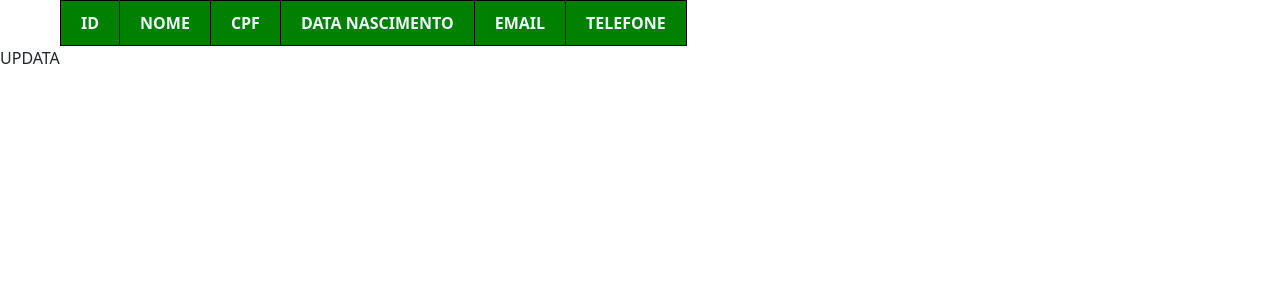
Repository: ujota/crud-cliente
Page: api-clientes/front/html/cliente.html
These files come from the project's save history. The page is drawn as it stood at one moment and after the next save; the edit follows.
The browser window is 1280 px wide. The pictures show the whole page.
The page's requests for data from a server got no answer.

Above is the page before, as saved 2022-10-03 19:13:52.
Console error (its wording comes from the project's code and is left out).

After the next save:
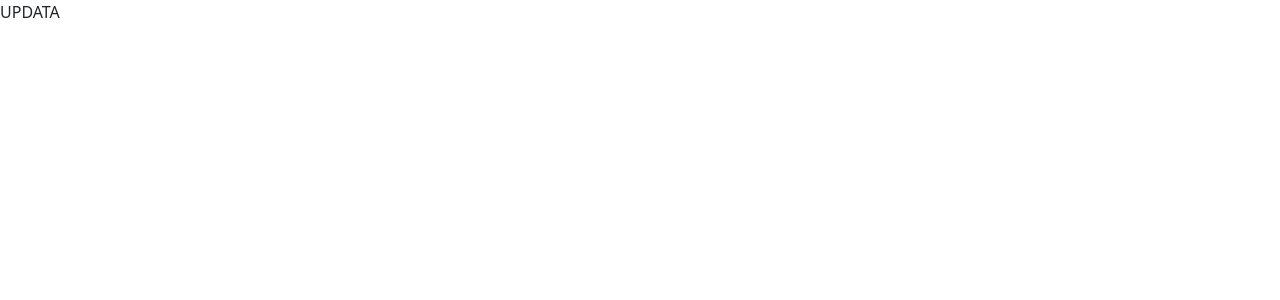
Console error: SyntaxError: Unexpected token '<'
Saved 62 s later.
--- a/api-clientes/front/scripts/cliente.js
+++ b/api-clientes/front/scripts/cliente.js
@@ -66,10 +66,6 @@
 
 };
 
-let botao = document.createElement('#updata');
-
-
-document.getElementById('#updata').appendChild(botao);
 
 fetch("http://localhost:8080/cliente",
 requestOptions).then(reponse =>
@@ -90,7 +86,7 @@
 			let row_2_data_6 = document.createElement('td');
 			row_2_data_6.innerHTML = item["telefone"];
 			let row_2_data_7 = document.createElement('td');
-			row_2_data_7.innerHTML = body["#updata"]
+			row_2_data_7.innerHTML = <h1>oie</h1>
 
 
 

After the 2 saves that followed:
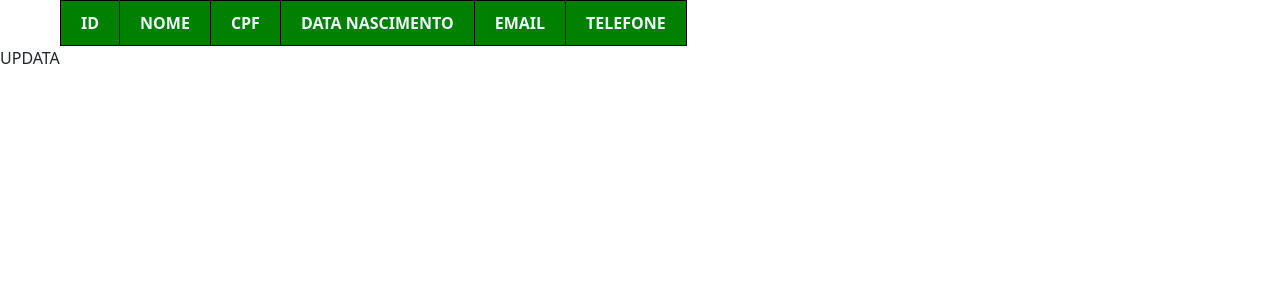
The error is gone.
The 2 saves are shown as one change because 1 left the picture as it was.
The last was saved 42 s later.
--- a/api-clientes/front/scripts/cliente.js
+++ b/api-clientes/front/scripts/cliente.js
@@ -66,7 +66,6 @@
 
 };
 
-
 fetch("http://localhost:8080/cliente",
 requestOptions).then(reponse =>
     reponse.json())
@@ -85,8 +84,7 @@
 			row_2_data_5.innerHTML = item["email"];
 			let row_2_data_6 = document.createElement('td');
 			row_2_data_6.innerHTML = item["telefone"];
-			let row_2_data_7 = document.createElement('td');
-			row_2_data_7.innerHTML = <h1>oie</h1>
+
 
 
 
@@ -97,7 +95,6 @@
 			row_2.appendChild(row_2_data_5);
 			row_2.appendChild(row_2_data_6);
 			row_2.appendChild(row_2_data_7);
-			table.appendChild(row_2);
 
           })
 		})
